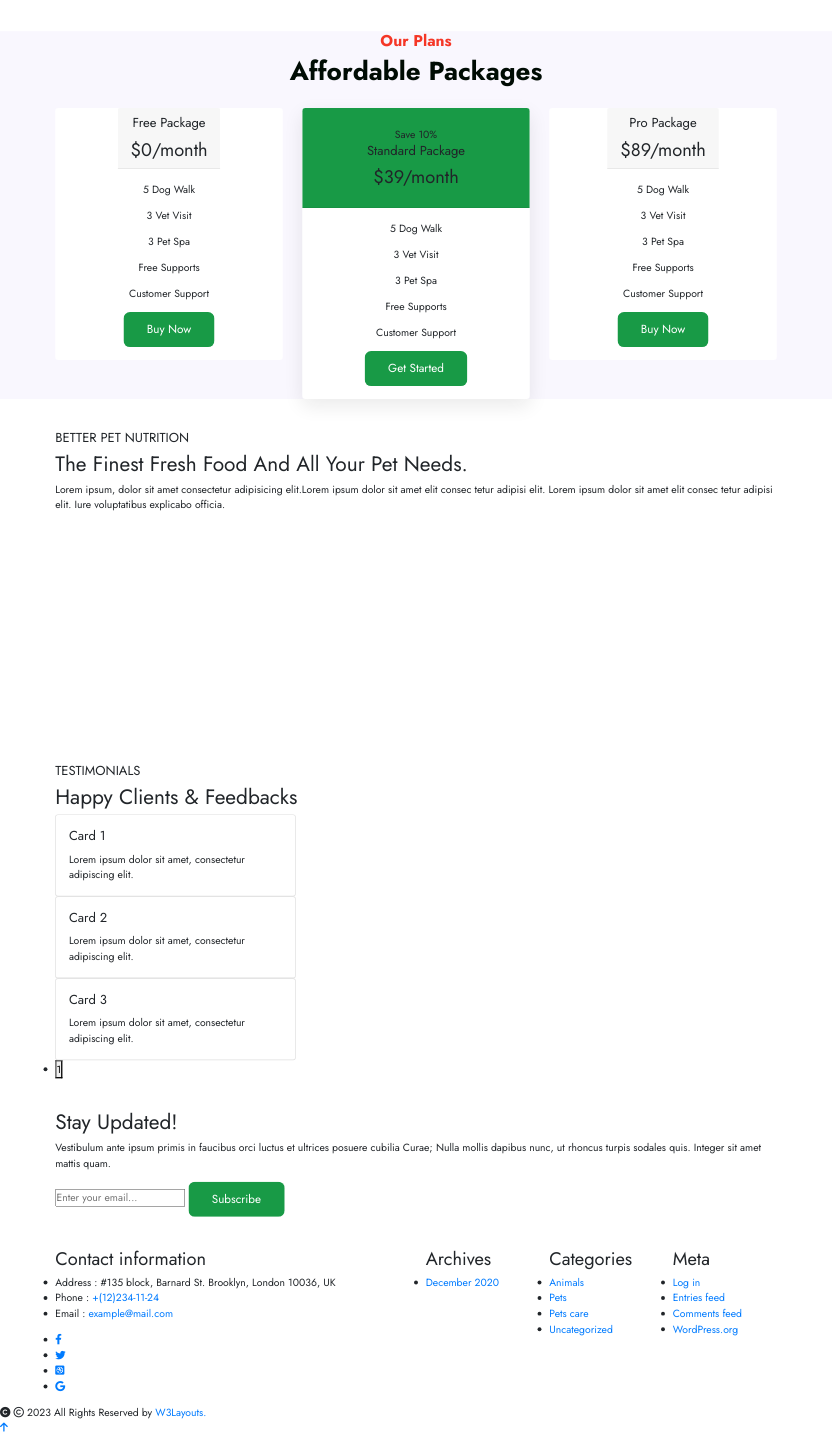
Repository: thanhfrankie/poochcare
Page: index.html
These files come from the project's save history. The page is drawn as it stood at one moment and after the next save; the edit follows.
The browser window is 1280 px wide. The pictures show the whole page, at 65% of full size.
Pictures or frames that could not be fetched are drawn as grey boxes.

Above is the page before, as saved 2023-12-20 22:10:29.

After the next save:
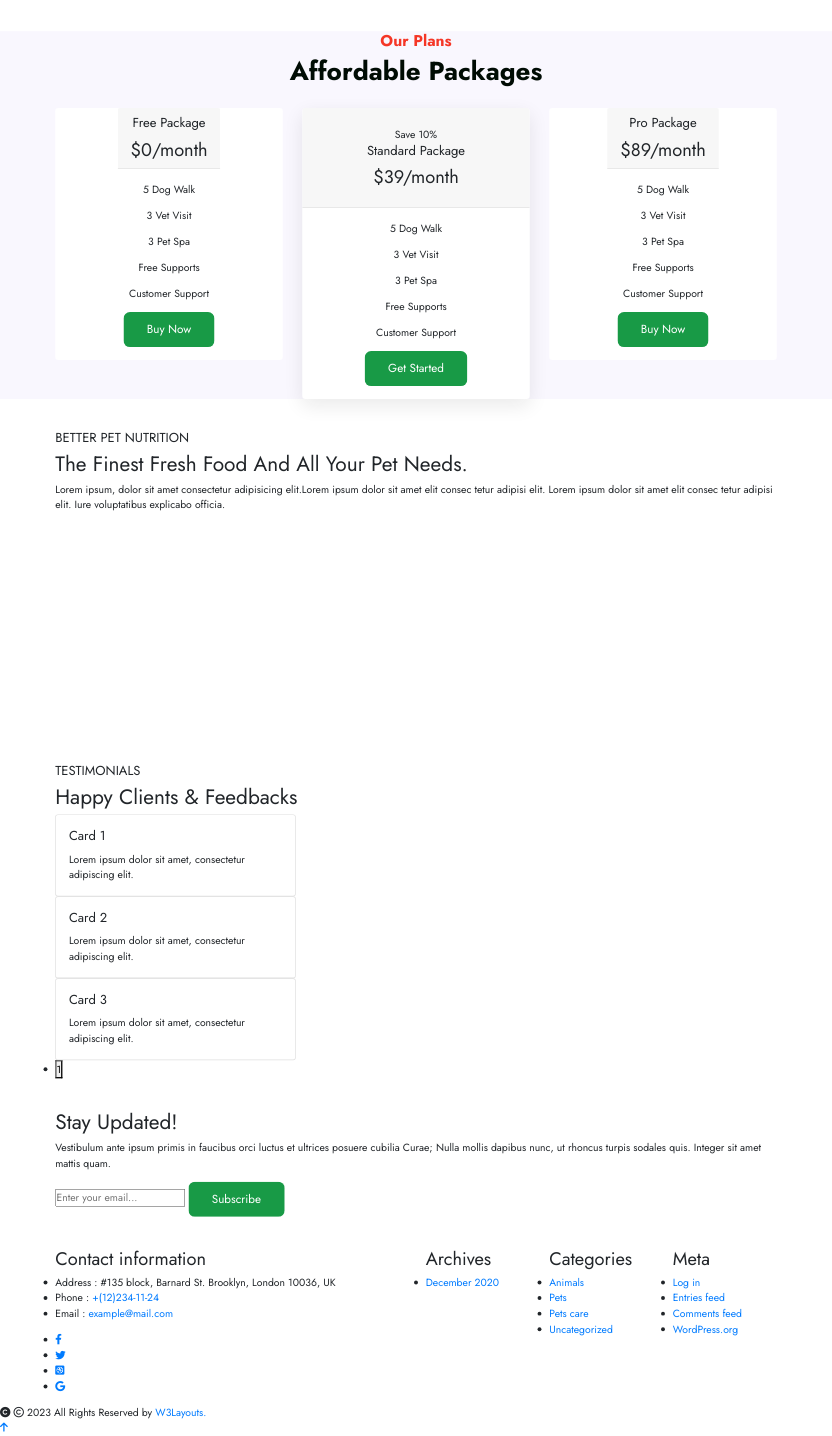
Saved 4 s later.
--- a/css/pricing.css
+++ b/css/pricing.css
@@ -42,7 +42,7 @@
 .pricing .container .row .card2 .card-header {
   width: 100%;
   padding: 30px 0;
-  background-color: #189a46;
+  /* background-color: #189a46; */
   border-top-right-radius: 5px;
   border-top-left-radius: 5px;
   line-height: 1.5;
